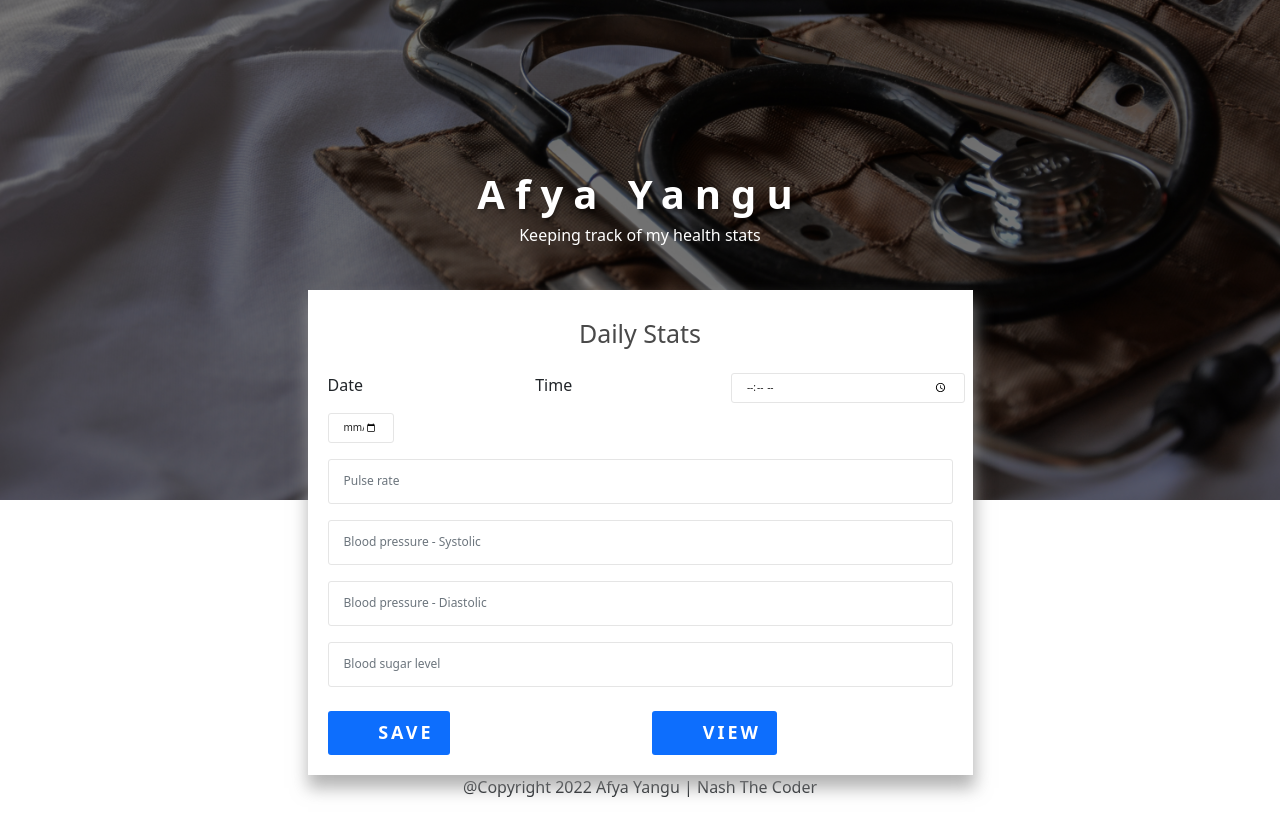
Repository: nashthecoder/afya_yangu
Page: /
An editor plug-in stored every save of this project. The page is shown before and after the next save, followed by the edit.
The browser window is 1280 px wide. The pictures show the whole page.
The project was rebuilt for these pictures with package versions that can differ from the ones it lists, and the page was loaded fresh each time.

Above is the page before, as saved 2022-02-27 16:32:10.

### src/App.js
import React from 'react'
import Banner from './components/Banner'
import Form from './components/Form'
import Footer from './components/Footer'
function App() {
  return (
    <div className="App">
      <Banner />
      <Form />
      <Footer />
    </div>
  );
}

export default App;

### src/style.scss
@import '../node_modules/bootstrap/scss/bootstrap.scss';
/*********************************************/
/*             GENERAL CSS              */
/*********************************************/

body {
    width: 100%;
    position: relative;
}

p.main-form-text {
    font-size: 25px !important;
    font-weight: 500;
    color: #494949;
}

h3 {
    font-size: 40px;
    letter-spacing: 10px;
    font-weight: bold;
}

h4 {
    font-size: 16px;
}

img {
    width: 100%;
    height: 100%;
}

form {
    position: relative;
}

/*********************************************/
/*              UTILITY CSS             */
/*********************************************/

input,
input.form-control {
    color: #222;
    font-size: 12px;
    background: $white;
    padding: 0 15px;
    width: 100%;
    height: 45px;
    line-height: 46px;
    outline: none;
    border: 1px solid #e5e5e5;
    border-radius: 3px;
    box-shadow: none;
    transition: all 0.3s;
}

input.form-control-short {
    color: #222;
    font-size: 10px;
    background: $white;
    padding: 0 15px;
    width: 36%;
    height: 30px;
    line-height: 35px;
    outline: none;
    border: 1px solid #e5e5e5;
    border-radius: 3px;
    box-shadow: none;
    transition: all 0.3s;
}

.btn-primary {
    font-weight: 600;
    font-size: 18px;
    cursor: pointer;
    display: inline-block;
    text-transform: uppercase;
    border: none;
    color: $white;
    border-radius: 3px;
    transition: all 0.3s;
    letter-spacing: 3px;
}

.btn-primary:hover,
.btn-primary:focus {
    background-color: #2b2b2b;
}

.banner {
    background-image: url("./images/bg.jpg");
    min-height: 500px;
    padding: 40px 0px;
    position: relative;
    background-position: center center;
    background-size: cover;
    background-repeat: no-repeat;
}

.banner::before {
    content: "";
    width: 100%;
    height: 100%;
    opacity: 0.5;
    background-color: #000;
    position: absolute;
    top: 0;
}

.brand {
    text-shadow: 2px 4px 3px rgba(0, 0, 0, 0.3);
}

.caption-text {
    margin-top: 130px;
    color: $white;
    position: relative;
}

/*********************************************/
/*              BANNER CSS              */
/*********************************************/

.banner {
    background-image: url("./images/bg.jpg");
    min-height: 500px;
    padding: 40px 0px;
    position: relative;
    background-position: center center;
    background-size: cover;
    background-repeat: no-repeat;
}

.banner::before {
    content: "";
    width: 100%;
    height: 100%;
    opacity: 0.5;
    background-color: #000;
    position: absolute;
    top: 0;
}

.brand {
    text-shadow: 2px 4px 3px rgba(0, 0, 0, 0.3);
}

.caption-text {
    margin-top: 130px;
    color: $white;
    position: relative;
}

/*********************************************/
/*              FORM CSS                "/
/*********************************************/

.form-box #box-title {
    position: relative;
    padding: 10px;
    text-align: center;
}

.form-box #box-title p {
    margin-bottom: 0;
    font-size: 14px;
}

.fill-form {
    position: relative;
    margin: -210px auto 0px auto;
    box-shadow: 1px 12px 16px 1px rgba(153, 153, 153, 0.75);
    -webkit-box-shadow: 1px 12px 16px 1px rgba(153, 153, 153, 0.75);
    -moz-box-shadow: 1px 12px 16px 1px rgba(153, 153, 153, 0.75);
}

.fill-form .form-box__img {
    background-color: transparent;
}

.fill-form .form-box__content {
    padding: 20px;
    background-color: $white;
}

/*********************************************/
/*               FOOTER CSS                  "/
/*********************************************/

footer p {
    margin: 55px 0px 60px 0px;
    font-size: 17px;
    font-weight: 600;
    color: transparent;
    -webkit-background-clip: text;
    -moz-background-clip: text;
    background-clip: text;
}

/*********************************************/
/*              MEDIA QUERIES CSS           "/
/*********************************************/

@media only screen and (min-width: 994px) and (max-width: 1398px) and (-webkit-min-device-pixel-ratio: 1) {
    .form-box #box-title {
        padding: 5px 20px 20px 20px;
    }
}

@media only screen and (min-width: 767px) and (max-width: 1196px) and (-webkit-min-device-pixel-ratio: 1) {
    .form-box #box-title {
        padding: 0px;
    }
    .fill-form .form-box__content {
        padding: 50px 50px 60px 50px;
    }
}

@media only screen and (min-width: 500px) and (max-width: 766px) and (-webkit-min-device-pixel-ratio: 1) {
    .form-box #box-title {
        padding: 0px;
    }
    .fill-form .form-box__content {
        padding: 50px 50px 60px 50px;
    }
    h3.brand {
        font-size: 30px;
    }
    .caption-text h4 {
        font-size: 14px;
    }
    .caption-text {
        margin-top: 110px;
    }
    footer {
        margin-bottom: 30px;
    }
    .form-box__img {
        display: none;
    }
}

@media only screen and (min-width: 360px) and (max-width: 499px) and (-webkit-min-device-pixel-ratio: 1) {
    .caption-text {
        margin-top: 30px;
    }
    h3.brand {
        font-size: 19px;
    }
    .banner {
        min-height: 400px;
    }
    .form-box__img {
        display: none;
    }
    footer {
        margin-bottom: 10px;
    }
}

@media only screen and (max-width: 359px) {
    .caption-text {
        margin-top: 30px;
    }
    h3.brand {
        font-size: 17px;
    }
    .caption-text h4 {
        font-size: 12px;
    }
    .banner {
        min-height: 400px;
    }
    .form-box__img {
        display: none;
    }
    .form-box #box-title {
        padding: 0px 30px 30px;
    }
}

### src/components/Banner.js
import React from 'react'

const Banner = () => {
    return (
        <>
        <header>
            <div className="banner">
                <div className="container">
                    <div className="row">
                        <div className="col-lg-9 offset-lg-3 mx-auto">
                            <div className="caption-text text-center">
                                <h3 className="brand">Afya Yangu</h3>
                                <h4> Keeping track of my health stats</h4>
                            </div>
                        </div>
                    </div>
                </div>
            </div>
        </header>
        </>
    )
}

export default Banner

### src/components/Form.js
import React from 'react'

const Form = () => {
    return (
        <>
        <section>
            <div className="container">
                <div className="row">
                <div className="col-lg-7 offset-lg-2 g-0 mx-auto">
                    <div className="fill-form form-box">
                            <div className="form-box__content">
                            <div id="box-title">
                                <p className="main-form-text">Daily Stats</p>
                            </div>
                            <form>
                                <div class="row">
                                    <div class="col">
                                        <p>Date</p>
                                        <input
                                            class="form-control-short"
                                            id="date"
                                            name="date"
                                            placeholder="Date"
                                            type="date"
                                        />
                                    </div>
                                    <div class="col">
                                        <p>Time</p>
                                    </div>
                                    <input
                                        class="form-control-short"
                                        id="time"
                                        name="time"
                                        placeholder="Time"
                                        type="time"
                                    />
                                </div>
                                <div className="mt-3">
                                <input
                                    className="form-control"
                                    id="pulse-rate"
                                    name="pulse-rate"
                                placeholder="Pulse rate"
                                    type="number"
                                />
                                </div>
                                <div className="mt-3">
                                    <input
                                        class="form-control"
                                    id="systolic-number"
                                        name="systolic-number"
                                        placeholder="Blood pressure - Systolic"
                                        type="number"
                                    />
                                </div>
                                <div className="mt-3">
                                    <input
                                        className="form-control"
                                        id="diastolic-number"
                                        name="diastolic-number"
                                    placeholder="Blood pressure - Diastolic"
                                        type="number"
                                    />
                                </div>
                                <div className="mt-3">
                                    <input
                                        class="form-control"
                                    id="bloodSugar-level"
                                        name="bloodSugar-level"
                                        placeholder="Blood sugar level"
                                        type="number"
                                    />
                                </div>
                                <div className="d-grid mt-4">
                                <div class="container">
                                    <div class="row row-cols-2">
                                        <div class="col">
                                            <button class="btn btn-primary btn-lg" type="submit" value="Send Now">
                                                <svg
                                                xmlns="http://www.w3.org/2000/svg"
                                                width="27"
                                                height="27"
                                                fill="currentColor"
                                                class="bi bi-mailbox2"
                                                viewBox="0 0 16 16"
                                                >
                                                </svg>{" "}
                                                Save
                                            </button>
                                        </div>
                                        <div class="col">
                                            <button class="btn btn-primary btn-lg" type="submit" value="Send Now">
                                                <svg
                                                xmlns="http://www.w3.org/2000/svg"
                                                width="27"
                                                height="27"
                                                fill="currentColor"
                                                class="bi bi-mailbox2"
                                                viewBox="0 0 16 16"
                                                >
                                                </svg>{" "}
                                                View
                                            </button>
                                        </div>
                                    </div>
                                </div>
                                </div>
                            </form>
                            </div>
                        </div>
                    </div>
                </div>
                </div>
        </section>
        </>
    )
}

export default Form

### src/components/Footer.js
import React from 'react'

const Footer = () => {
    return (
        <>
        <div>
            <p className="footer text-center">@Copyright 2022 Afya Yangu | Nash The Coder</p>
        </div>
        </>
    )
}

export default Footer

Loaded but not shown: public/index.html (common file); src/index.js (common file); src/reportWebVitals.js (common file)

After the next save:
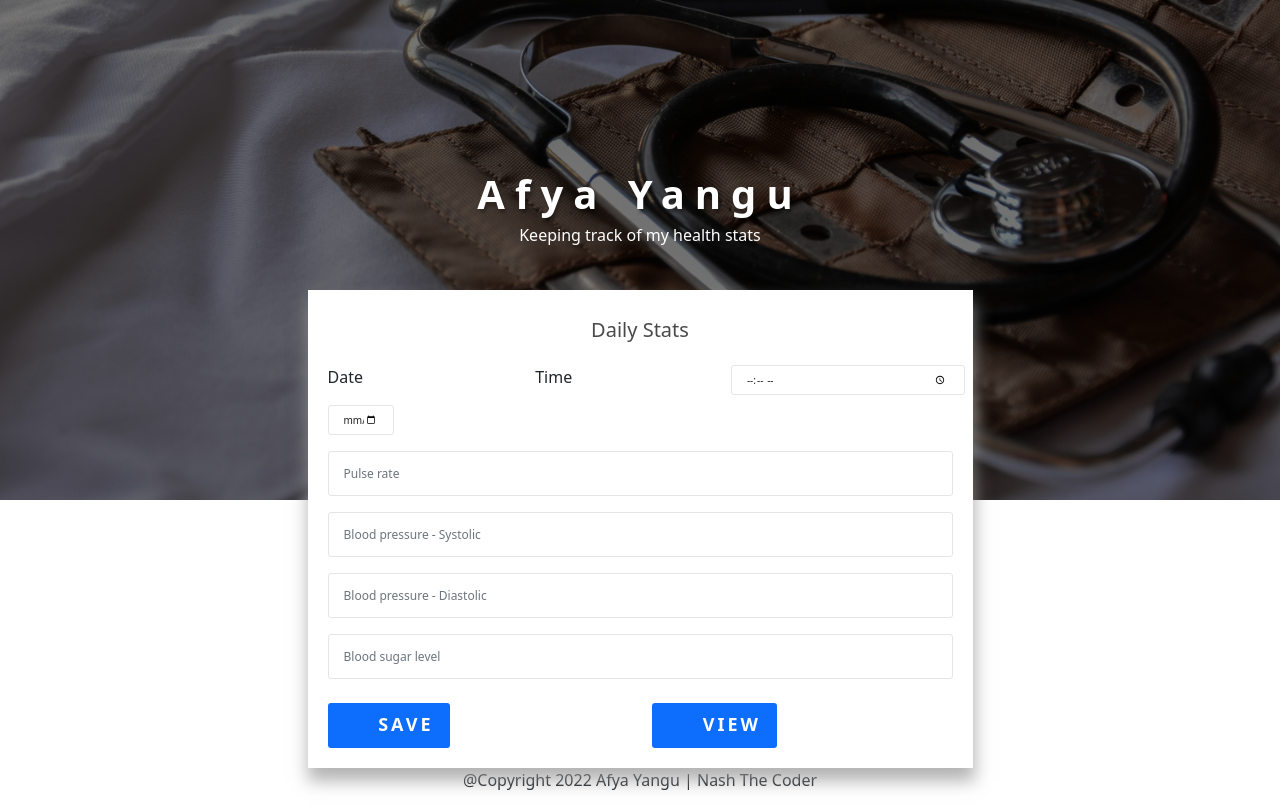
Saved 5 min 34 s later.
--- a/src/style.scss
+++ b/src/style.scss
@@ -9,7 +9,7 @@ body {
 }
 
 p.main-form-text {
-    font-size: 25px !important;
+    font-size: 20px !important;
     font-weight: 500;
     color: #494949;
 }
